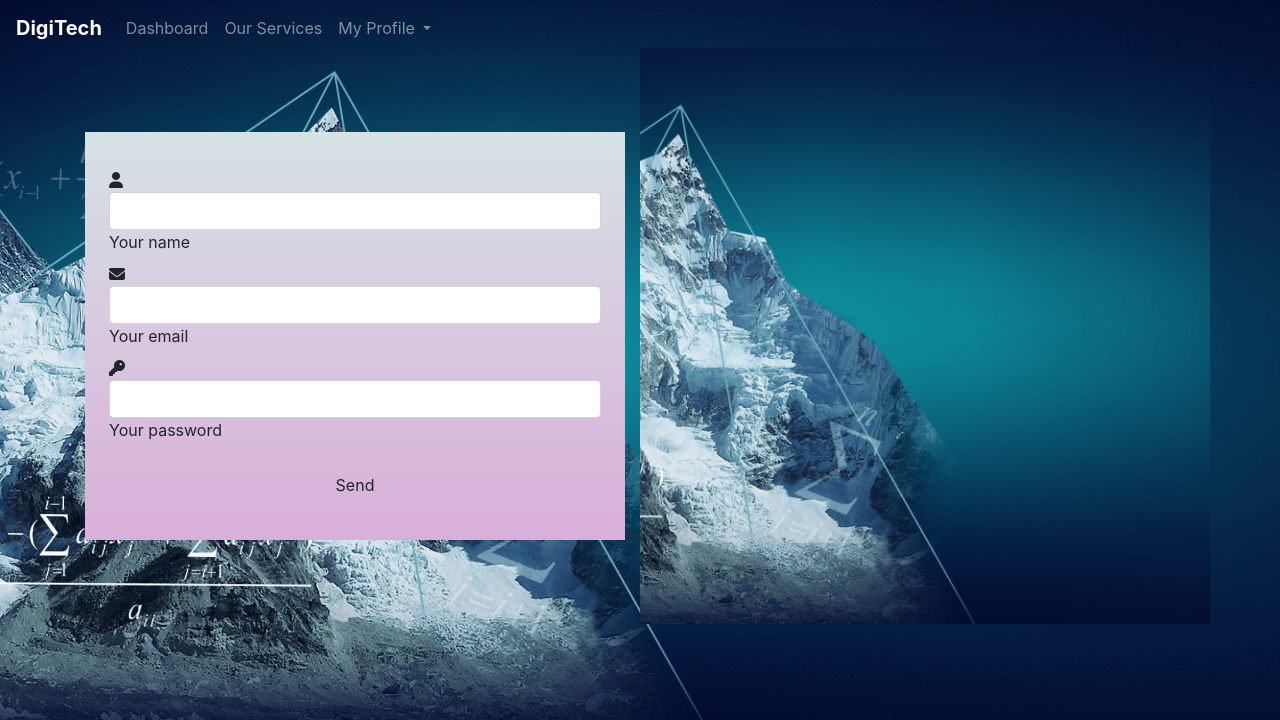
Repository: Tookliin/DigiTech
Page: /register
The author's editor kept a copy of each file at every save. The page is drawn from the files as they stood at one save, then again after the next save.
The browser window is 1280 px wide. The pictures show the whole page.
The project was rebuilt for these pictures with package versions that can differ from the ones it lists, and the page was loaded fresh each time. Also part of the build but not shown: src/components/Dashboard.vue, src/components/Profile.vue, src/components/Error.vue, src/components/Organization.vue.

Above is the page before, as saved 2020-07-22 11:55:48.

After the next save:
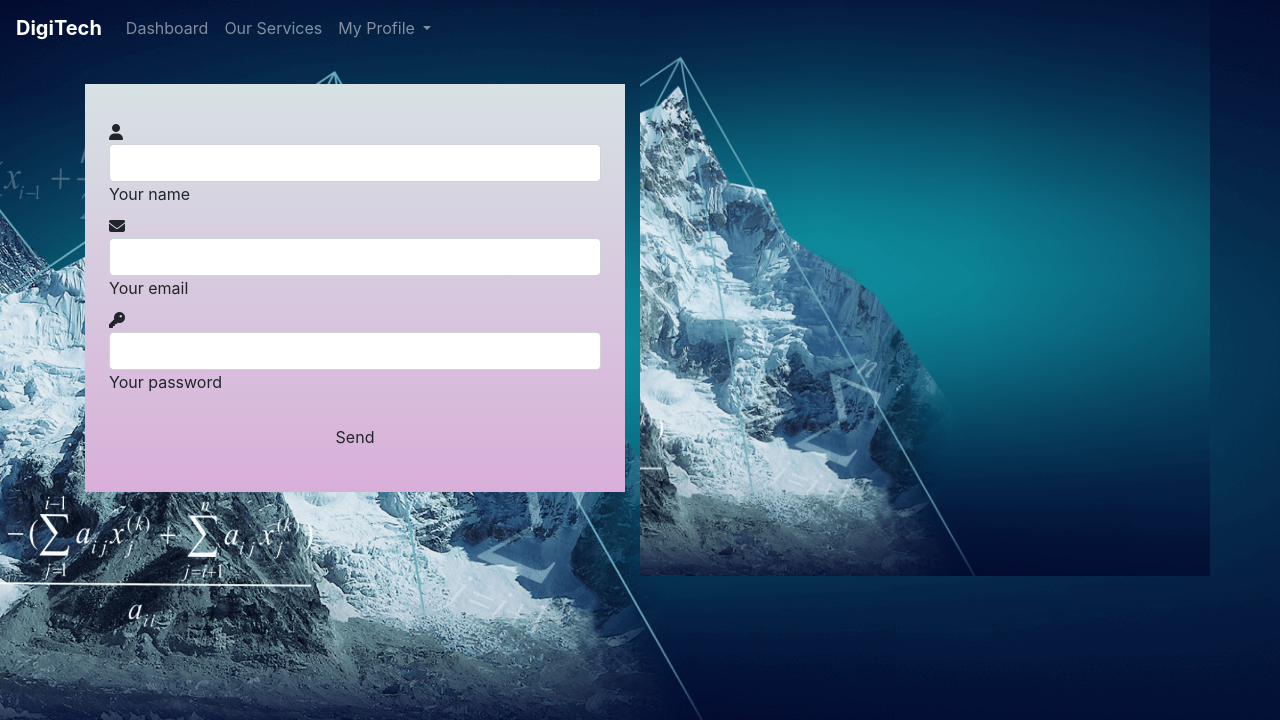
Saved 30 s later.
--- a/src/components/Register.vue
+++ b/src/components/Register.vue
@@ -34,7 +34,7 @@
             </div>
           </div>
 
-          <div class="analytics col-md-6 my-5 pt-5">
+          <div class="analytics col-md-6">
             <!-- <img src="https://mdbootstrap.com/img/illustrations/hiker-man-colour.svg" alt="" class="img-fluid"> -->
           </div>
 

After the save that followed:
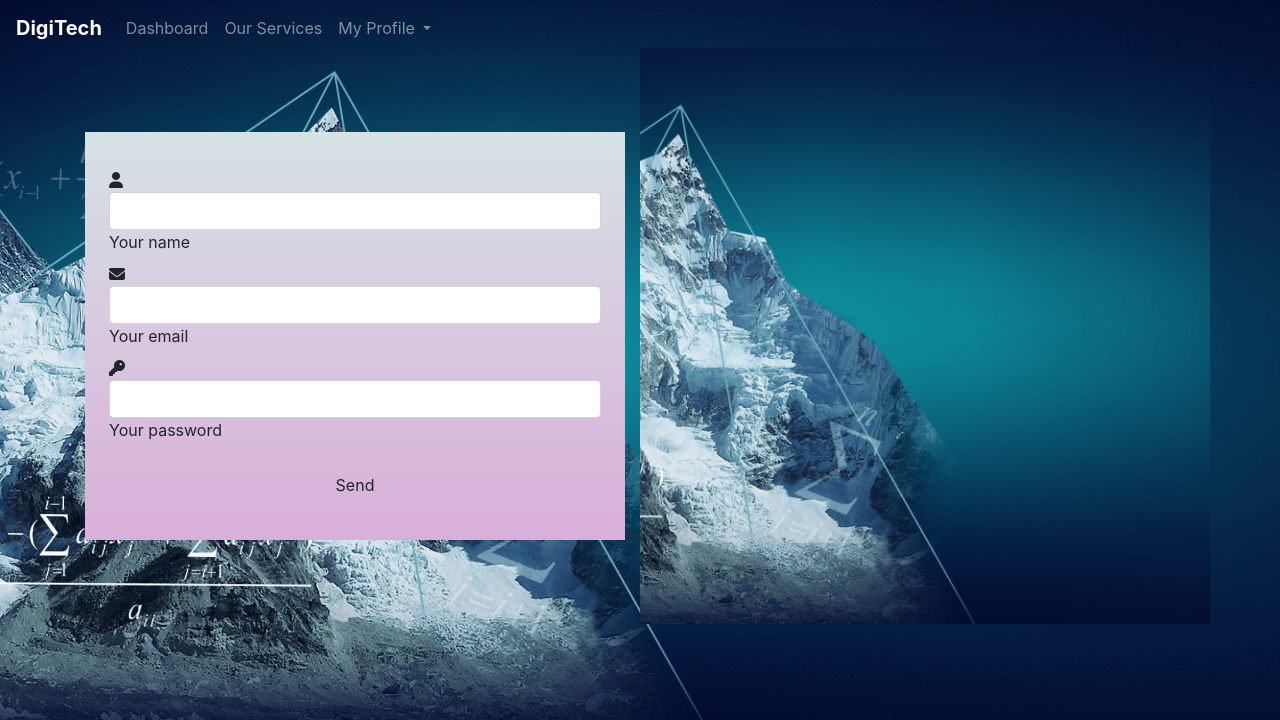
Saved 5 s later.
--- a/src/components/Register.vue
+++ b/src/components/Register.vue
@@ -34,7 +34,7 @@
             </div>
           </div>
 
-          <div class="analytics col-md-6">
+          <div class="analytics col-md-6 my-5 pt-5">
             <!-- <img src="https://mdbootstrap.com/img/illustrations/hiker-man-colour.svg" alt="" class="img-fluid"> -->
           </div>
 
